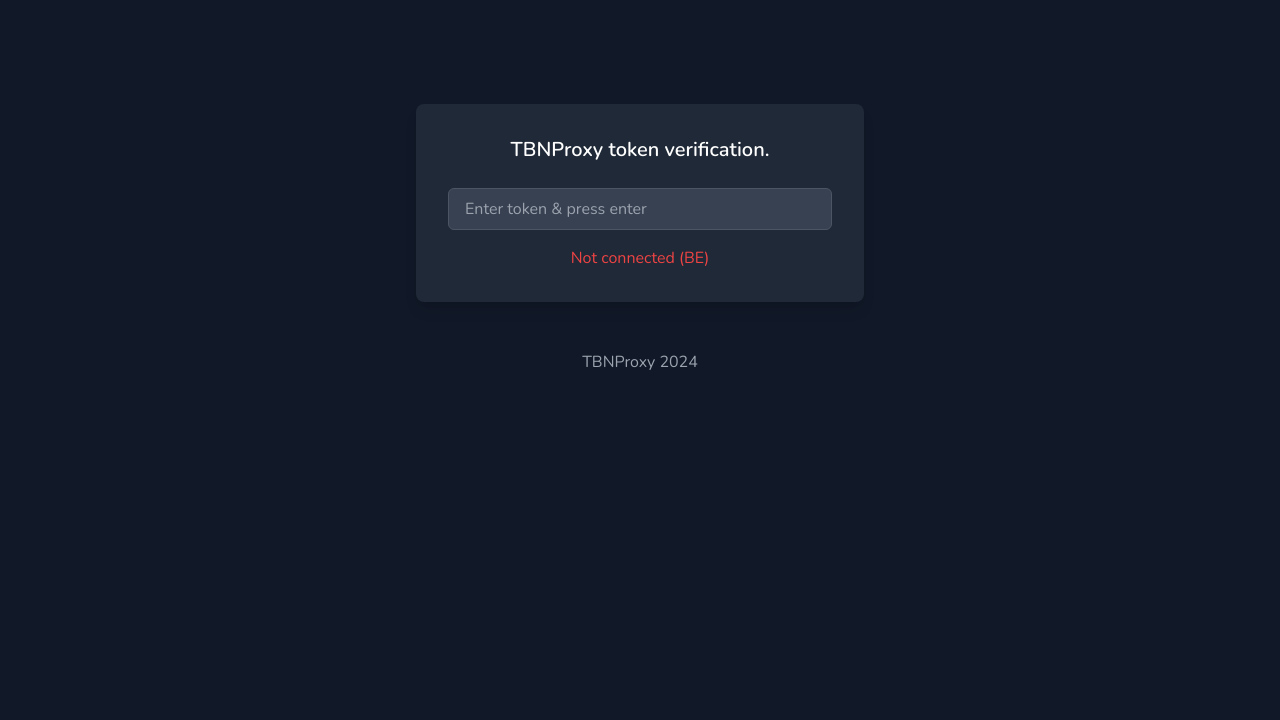
Repository: txdr/TBNProxyJS
Page: smdjd/desktop-views/index.html
These files come from the project's save history. The page is drawn as it stood at one moment and after the next save; the edit follows.
The browser window is 1280 px wide. The pictures show the whole page.
The page's requests for data from a server got no answer. Some web libraries are served in a nearby version.

Above is the page before, as saved 2025-01-07 16:46:34.
Console error: TypeError: Cannot read properties of undefined (reading 'value')

After the next save:
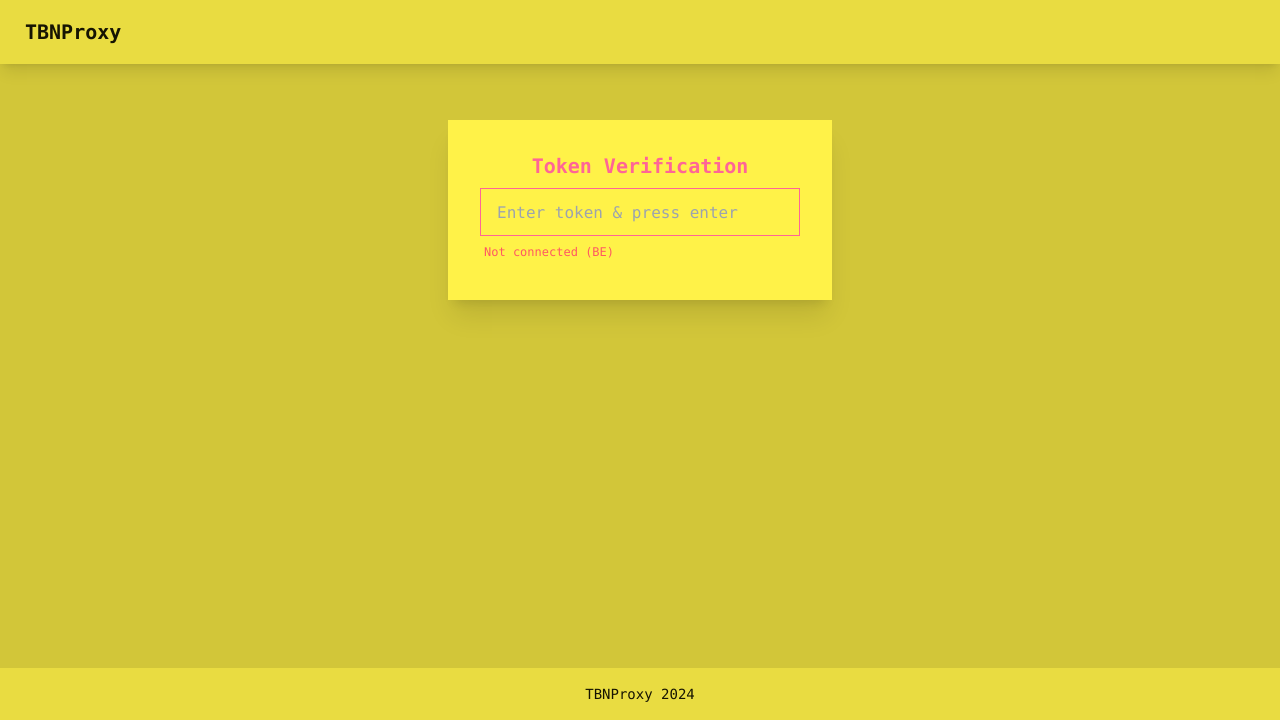
Saved 40 s later.
--- a/smdjd/desktop-views/index.html
+++ b/smdjd/desktop-views/index.html
@@ -1,66 +1,98 @@
 <!DOCTYPE html>
-<html>
+<html data-theme="cyberpunk">
 <head>
     <meta charset="UTF-8">
     <meta name="viewport" content="width=device-width, initial-scale=1.0">
     <title>TBNProxy</title>
+    <link href="https://cdn.jsdelivr.net/npm/daisyui@4.7.2/dist/full.min.css" rel="stylesheet" type="text/css" />
     <script src="https://cdn.tailwindcss.com"></script>
     <link href="https://fonts.googleapis.com/css2?family=Nunito:ital,wght@0,200..1000;1,200..1000&display=swap" rel="stylesheet">
-    <script>
-        tailwind.config = {
-            theme: {
-                extend: {
-                    fontFamily: {
-                        nunito: ['Nunito', 'sans-serif'],
-                    },
-                }
-            }
-        }
-    </script>
 </head>
 
-<body class="bg-gray-900 min-h-screen font-nunito text-white p-6">
-    <div id="token" class="max-w-md mx-auto mt-20 bg-gray-800 p-8 rounded-lg shadow-lg text-center">
-        <p class="text-xl font-semibold mb-6">TBNProxy token verification.</p>
-        <input id="tokenInput" class="w-full max-w-sm bg-gray-700 border border-gray-600 rounded-md px-4 py-2 text-white focus:outline-none focus:border-blue-500" placeholder="Enter token & press enter">
-        <p id="verification-error" class="mt-4 text-red-500">Not connected (BE)</p>
-    </div>
-
-    <div id="home" class="hidden max-w-6xl mx-auto mt-8 grid grid-cols-1 md:grid-cols-2 lg:grid-cols-3 gap-6">
-        <div id="proxy" class="bg-gray-800 rounded-lg p-6 shadow-lg">
-            <p class="text-xl font-semibold mb-4">Proxy</p>
-            <hr class="border-gray-700 my-4">
-            <button id="proxyStart" onclick="proxyStart()" class="bg-blue-600 hover:bg-blue-700 text-white font-semibold py-2 px-6 rounded-md transition-colors">
-                Start Proxy
-            </button>
-            <p id="serverInfo" class="mt-4 text-gray-400">Server Offline</p>
-            <p id="proxyStatus" class="mt-2 font-semibold text-red-500">Current Status: Offline</p>
-        </div>
-
-        <div id="servers" class="bg-gray-800 rounded-lg p-6 shadow-lg">
-            <p class="text-xl font-semibold mb-4">Servers</p>
-            <hr class="border-gray-700 my-4">
-            <p class="text-gray-300 mb-2">Add Server</p>
-            <input id="addServer" class="w-full bg-gray-700 border border-gray-600 rounded-md px-4 py-2 text-white focus:outline-none focus:border-blue-500 mb-4" placeholder="Enter IP and press enter">
-            <p class="text-gray-300 mb-2">Select Server</p>
-            <select id="serverSelect" class="w-full bg-gray-700 border border-gray-600 rounded-md px-4 py-2 text-white focus:outline-none focus:border-blue-500 mb-4"></select>
-            <button onclick="removeServer()" class="bg-red-600 hover:bg-red-700 text-white font-semibold py-2 px-6 rounded-md transition-colors">
-                Remove Server
-            </button>
-        </div>
-
-        <div id="authentication" class="bg-gray-800 rounded-lg p-6 shadow-lg">
-            <p class="text-xl font-semibold mb-4">Authentication</p>
-            <hr class="border-gray-700 my-4">
-            <p id="authMessage" class="text-red-500 mb-4">No Authentication Needed.</p>
-            <button id="openLink" class="bg-indigo-600 hover:bg-indigo-700 text-white font-semibold py-2 px-6 rounded-md transition-colors">
-                Open Link
-            </button>
+<body class="min-h-screen bg-base-300">
+    <div class="navbar bg-base-200 shadow-lg">
+        <div class="flex-1">
+            <a class="btn btn-ghost text-xl">TBNProxy</a>
         </div>
     </div>
 
-    <footer class="text-center text-gray-400 mt-12 pb-6">
-        <p>TBNProxy 2024</p>
+    <div class="container mx-auto p-4">
+        <!-- Token Verification -->
+        <div id="token" class="card w-96 bg-base-100 shadow-xl mx-auto mt-10">
+            <div class="card-body items-center text-center">
+                <h2 class="card-title text-primary">Token Verification</h2>
+                <div class="form-control w-full">
+                    <input id="tokenInput" type="text" placeholder="Enter token & press enter"
+                           class="input input-bordered input-primary w-full" />
+                    <label id="verification-error" class="label">
+                        <span class="label-text-alt text-error">Not connected (BE)</span>
+                    </label>
+                </div>
+            </div>
+        </div>
+
+        <!-- Main Dashboard -->
+        <div id="home" class="hidden">
+            <div class="grid grid-cols-1 md:grid-cols-2 lg:grid-cols-3 gap-6 mt-8">
+                <!-- Proxy Card -->
+                <div id="proxy" class="card bg-base-100 shadow-xl">
+                    <div class="card-body">
+                        <h2 class="card-title text-primary">Proxy</h2>
+                        <div class="divider"></div>
+                        <button id="proxyStart" onclick="proxyStart()"
+                                class="btn btn-primary">Start Proxy</button>
+                        <div class="stats shadow mt-4">
+                            <div class="stat">
+                                <div class="stat-title" id="serverInfo">Server Offline</div>
+                                <div class="stat-desc text-error" id="proxyStatus">Current Status: Offline</div>
+                            </div>
+                        </div>
+                    </div>
+                </div>
+
+                <!-- Servers Card -->
+                <div id="servers" class="card bg-base-100 shadow-xl">
+                    <div class="card-body">
+                        <h2 class="card-title text-primary">Servers</h2>
+                        <div class="divider"></div>
+                        <div class="form-control">
+                            <label class="label">
+                                <span class="label-text">Add Server</span>
+                            </label>
+                            <input id="addServer" type="text" placeholder="Enter IP and press enter"
+                                   class="input input-bordered input-primary w-full" />
+                        </div>
+                        <div class="form-control mt-4">
+                            <label class="label">
+                                <span class="label-text">Select Server</span>
+                            </label>
+                            <select id="serverSelect" class="select select-bordered select-primary w-full">
+                                <option disabled selected>Pick a server</option>
+                            </select>
+                        </div>
+                        <button onclick="removeServer()" class="btn btn-error mt-4">Remove Server</button>
+                    </div>
+                </div>
+
+                <!-- Authentication Card -->
+                <div id="authentication" class="card bg-base-100 shadow-xl">
+                    <div class="card-body">
+                        <h2 class="card-title text-primary">Authentication</h2>
+                        <div class="divider"></div>
+                        <div class="alert alert-error">
+                            <span id="authMessage">No Authentication Needed.</span>
+                        </div>
+                        <button id="openLink" class="btn btn-secondary mt-4">Open Link</button>
+                    </div>
+                </div>
+            </div>
+        </div>
+    </div>
+
+    <footer class="footer footer-center p-4 bg-base-200 text-base-content fixed bottom-0">
+        <aside>
+            <p>TBNProxy 2024</p>
+        </aside>
     </footer>
 
     <script src="https://cdnjs.cloudflare.com/ajax/libs/socket.io/4.8.1/socket.io.js"></script>
